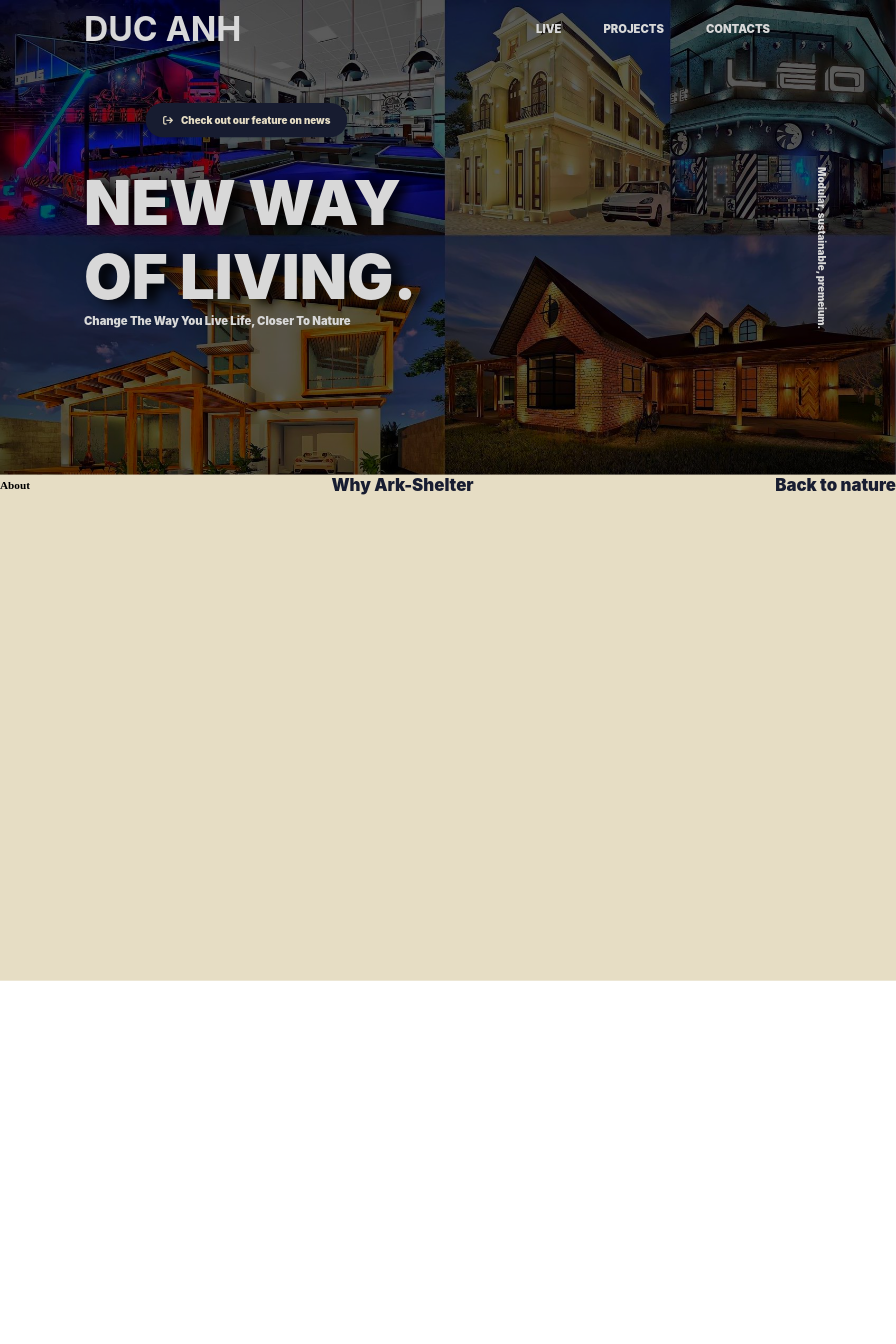
Repository: Ethanxcode/DucAnhNguyen
Page: index.html
The author's editor kept a copy of each file at every save. The page is drawn from the files as they stood at one save, then again after the next save.
The browser window is 1280 px wide. The pictures show the part of the page from y = 0 to 1920 px (the page is 10000 px tall), at 70% of full size.

Above is the page before, as saved 2023-01-14 01:40:07.

### index.html
<!DOCTYPE html>
<html lang="en">
	<head>
		<meta charset="UTF-8" />
		<meta http-equiv="X-UA-Compatible" content="IE=edge" />
		<meta name="viewport" content="width=device-width, initial-scale=1.0" />
		<link rel="stylesheet" href="./style.css" />
		<link
			rel="stylesheet"
			href="https://cdnjs.cloudflare.com/ajax/libs/font-awesome/6.2.1/css/all.min.css"
		/>
		<!-- <link rel="stylesheet" type="text/css" href="/css/fonts.css" /> -->
		<title>DucAnhNguyen</title>
	</head>
	<body>
		<div id="root">
			<section class="container bgimage header">
				<div
					class="bg-image-holder"
					style="
						background-image: url(./Assets/241194850_2108411145980762_7904081432669109629_n.jpg);
					"
				></div>
				<nav class="navigation content-above">
					<ul class="headerMenu">
						<li>
							<a href=""><h2 class="textLogo">Duc Anh</h2></a>
						</li>
						<li class="subHeaderMenu">
							<ul>
								<li>
									<a href="#" class="inter-black-iron-16px">Live</a>
								</li>
								<li>
									<a href="#" class="inter-black-iron-16px">Projects</a>
								</li>
								<li>
									<a href="#" class="inter-black-iron-16px">Contacts</a>
								</li>
							</ul>
						</li>
					</ul>
				</nav>
				<nav class="heroSubNavigation">
					<button class="btn inter-black-almod-16px" style="margin-left: 88px">
						<i class="icon-margin-8px fa-solid fa-arrow-right-from-bracket"></i>
						Check out our feature on news
					</button>
					<h1 class="heroTitle">
						New way <br />
						of living.
					</h1>
					<p class="inter-black-iron-16px" style="text-transform: capitalize">
						change the way you live life, closer to nature
					</p>
					<p class="childrenSubNav">Modular, sustainable, premeium.</p>
				</nav>
			</section>

			<section class="AboutSection content-above">
				<header class="HeaderSection">
					<ul class="HeaderSectionMenu">
						<li>
							<h4 class="inter-black-eerie-black-18x">About</h4>
						</li>
						<li>
							<h4 class="inter-black-eerie-black-24px">Why Ark-Shelter</h4>
						</li>
						<li>
							<h4 class="inter-black-eerie-black-24px">Back to nature</h4>
						</li>
					</ul>
				</header>
				<div class="row">
					<div class="flex-col-1 flex-col">
						<div class="g"></div>
					</div>
				</div>
			</section>
		</div>
	</body>
</html>

### style.css
* {
	padding: 0;
	margin: 0;
	box-sizing: border-box;
}

html {
	height: 10000px;
}

:root {
	--custom-color-one: rgb(32, 45, 99, 01);
	--custom-color-two: rgb(232, 198, 113);
	--black: rgba(0, 0, 0, 1);
	--mirage: rgba(23, 28, 48, 1);
	--eerie-black: rgba(24, 29, 49, 1);
	--tundora-2: rgba(67, 66, 66, 0.8);
	--tundora: rgba(67, 66, 66, 0.8);
	--pablo: rgba(120, 113, 108, 1);
	--iron: rgba(216, 216, 216, 1);
	--almod: rgba(230, 221, 196, 1);

	--font-size-xxs: 16px;
	--font-size-xs: 22px;
	--font-size-s: 24px;
	--font-size-m: 28px;
	--font-size-l: 32px;
	--font-size-xl: 36px;
	--font-size-xxl: 48px;
	--font-size-xxxl: 128px;

	--font-family-inter: 'Inter';
	--font-family-roboto: 'Roboto';
}

.root {
	max-width: 1920px;
	max-height: 10000px;
}

.col {
	float: left;
	padding-left: 8px;
	padding-right: 8px;
}

.col-third {
	width: 33.33333%;
}

.col-half {
	width: 50%;
}

.col-full {
	width: 100%;
}

.col-sm-12 {
	position: relative;
	width: 100%;
	padding-right: 15px;
	padding-left: 15px;
}

.mt-8 {
	margin-top: 8px;
}

.mt-16 {
	margin-top: 16px;
}

.mt-32 {
	margin-top: 32px;
}

.row {
	display: flex;
	flex-wrap: wrap;
	width: 100%;
	margin-right: -15px;
	margin-left: -15px;
}

.first-sub-row {
	width: 100%;
	/* padding: 0 15px; */
	margin: 0 auto;
	flex: wrap;
	display: flex;
}

.second-sub-row {
	width: 100% !important;
	/* padding: 0 15px; */
	margin: 0 auto;
	justify-content: space-between;
}

/* Classes */
.inter-black-iron-16px {
	color: var(--iron);
	font-family: var(--font-family-inter);
	font-size: var(--font-size-xxs);
	font-weight: 900;
	font-style: normal;
	text-transform: uppercase;
	user-select: none;
}

.inter-black-iron-24px {
	color: var(--iron);
	font-family: var(--font-family-inter);
	font-size: var(--font-size-s);
	font-weight: 900;
	font-style: normal;
	user-select: none;
}

.inter-black-eerie-black-24px {
	color: var(--eerie-black);
	font-family: var(--font-family-inter);
	font-size: var(--font-size-s);
	font-weight: 900;
	font-style: normal;
}
.inter-black-eerie-black-18px {
	color: var(--eerie-black);
	font-family: var(--font-family-inter);
	font-size: 22px;
	font-weight: 900;
	font-style: normal;
}

.inter-black-eerie-black-16px {
	color: var(--eerie-black);
	font-family: var(--font-family-inter);
	font-size: 16px;
	font-weight: 900;
	font-style: normal;
}

.inter-medium-black-24px {
	color: var(--black);
	font-family: var(--font-family-inter);
	font-size: var(--font-size-s);
	font-weight: 500;
	font-style: normal;
}

.inter-medium-black-32px {
	color: var(--black);
	font-family: var(--font-family-inter);
	font-size: var(--font-size-l);
	font-weight: 500;
	font-style: normal;
}

.inter-medium-tundora-28px {
	color: var(--tundora);
	font-family: var(--font-family-roboto);
	font-size: var(--font-size-m);
	font-weight: 500;
	font-style: normal;
}

.inter-medium-tundora-28px-2 {
	color: var(--tundora-2);
	font-family: var(--font-family-inter);
	font-size: var(--font-size-m);
	font-weight: 500;
	font-style: normal;
}

.inter-medium-tundora-28px-2 {
	color: var(--tundora);
	font-family: var(--font-family-inter);
	font-size: var(--font-size-m);
	font-weight: 500;
	font-style: normal;
}

.btn {
	text-decoration: none;
	padding: 16px 24px;
	margin: 0;
	background-color: var(--mirage);
	color: var(--almod);
	font-weight: 500;
	display: inline-block;
	box-shadow: 0 4px 30px rgb(0 0 0 / 10%);
	transition: 0.3s ease;
	border: none;
	/* position: relative; */
	text-align: center;
	border-radius: 100px;
	font-family: var(--font-family-inter);
	font-size: 14px;
	font-weight: 900;
	font-style: normal;
}
.icon-margin-8px {
	margin-right: 8px;
}
.btn:hover {
	background-color: rgba(11, 16, 41, 0.85);
	color: rgb(233, 200, 117);
	cursor: pointer;
}

.btn:hover:before {
	opacity: 0.07;
	visibility: visible;
}

.btn:hover {
	/* color: #212529; */
	text-decoration: none;
}

.btn--xs {
	line-height: 42px;
	padding: 0 19px;
	font-size: 15px;
	margin: 0px 8px;
}

.btn--news-xs {
	line-height: 36px;
	padding: 6px 20px;
	font-size: 15px;
}

.btn--news-xs > a {
	line-height: 36px;
	/* padding: 4px 16px; */
	font-size: 20px;
	color: #fff;
	font-weight: 400;
}

.news-btn {
	margin-top: 16px;
}

.btn-form--xs {
	line-height: 36px;
	padding: 0 19px;
	font-size: 15px;
}

.btn--lg,
.btn-lg {
	line-height: 55px;
	font-size: 16px;
	min-width: 195px;
}

.heroTitle {
	color: var(--iron);
	font-family: var(--font-family-inter);
	font-size: 88px;
	font-weight: 900;
	letter-spacing: 0;
	line-height: normal;
	margin-top: 40px;
	min-height: 150px;
	text-transform: uppercase;
	/* width: 752px; */
	text-shadow: 14px 4px 16px #000;
	user-select: none;
}

.textLogo {
	text-transform: uppercase;
	color: var(--iron);
	font-family: var(--font-family-inter);
	font-size: var(--font-size-xxl);
	font-weight: 900px;
	letter-spacing: 0;
	line-height: normal;
	/* min-height: 94px; */
	/* min-width: 334px; */
	user-select: none;
}

.container {
	width: 100%;
	padding-right: 120px;
	padding-left: 120px;
	margin-right: auto;
	margin-left: auto;
}

.content-above {
	position: relative;
	z-index: 2;
	user-select: none;
}

.bg-image-holder {
	position: absolute;
	height: 100%;
	width: 100%;
	top: 0;
	left: 0;
	background-size: cover;
	/* background-position: 50% 50% !important; */
	z-index: 0;
	filter: brightness(36%) contrast(100%) saturate(180%);
	box-shadow: inset 0px -36px 100px rgba(0, 0, 0, 0.25);
	-webkit-backdrop-filter: brightness(36%) contrast(100%) saturate(180%);
	/* scale: (5px); */
	/* -webkit-transition: opacity 0.3s linear; */
}

.navigation {
	margin-bottom: 64px;
}

.heroSubNavigation {
	width: 100%;
	position: relative;
}

/* .navigation .subNavigation {
	display: table;
	vertical-align: middle;
	text-align: center;
	width: 100%;
	height: 100%;
} */

.childrenSubNav {
	color: var(--iron);
	font-family: var(--font-family-inter);
	font-size: 14px;
	font-weight: 900;
	position: absolute;
	/* margin-bottom: 61px; */
	margin-right: -130px;
	/* min-height: 27px; */
	/* min-width: 360px; */
	transform: rotate(90deg);
	/* position: relative; */
	right: 0;
	top: 62%;
}

.hero-area .hero-content .content-wrapper {
	display: table-cell;
	vertical-align: middle;
}

.headerMenu {
	align-items: center;
	display: flex;
	justify-content: space-between;
}

.headerMenu > li {
	display: inline-block;
	/* padding: 12px 0; */
	/* margin-right: 30px; */
	list-style: none;
}

a {
	text-decoration: none;
}

li {
	list-style: none;
}

.subHeaderMenu > ul {
	flex-direction: row;
	display: flex;
}

.subHeaderMenu > ul > li {
	list-style: none;
	line-height: 34px;
	margin-right: 60px;
	padding: 24px 0;
}

subHeaderMenu > ul > li > a {
	/* gap: 0.5em; */
	text-decoration: none;
}

.subHeaderMenu > ul > li > a:hover {
	cursor: pointer;
	gap: 0.5em;
	color: var(--pablo);
	/* background-color: #fffd; */
	/* backdrop-filter: blur(10px) saturate(160%) contrast(180%); */
}

.header {
	height: 678px;
}

.AboutSection {
	background-color: var(--almod);
	height: 723px;
	/* position: relative; */
	width: 100%;
}

.section-margin-top {
	margin-top: 220px;
}

.bgimage:before {
	z-index: 1;
}

.AboutSection {
	/* display: flex; */
}

.HeaderSection {
}

.HeaderSectionMenu {
	align-items: center;
	display: flex;
	justify-content: space-between;
}

.HeaderSectionMenu > li {
}

After the next save:
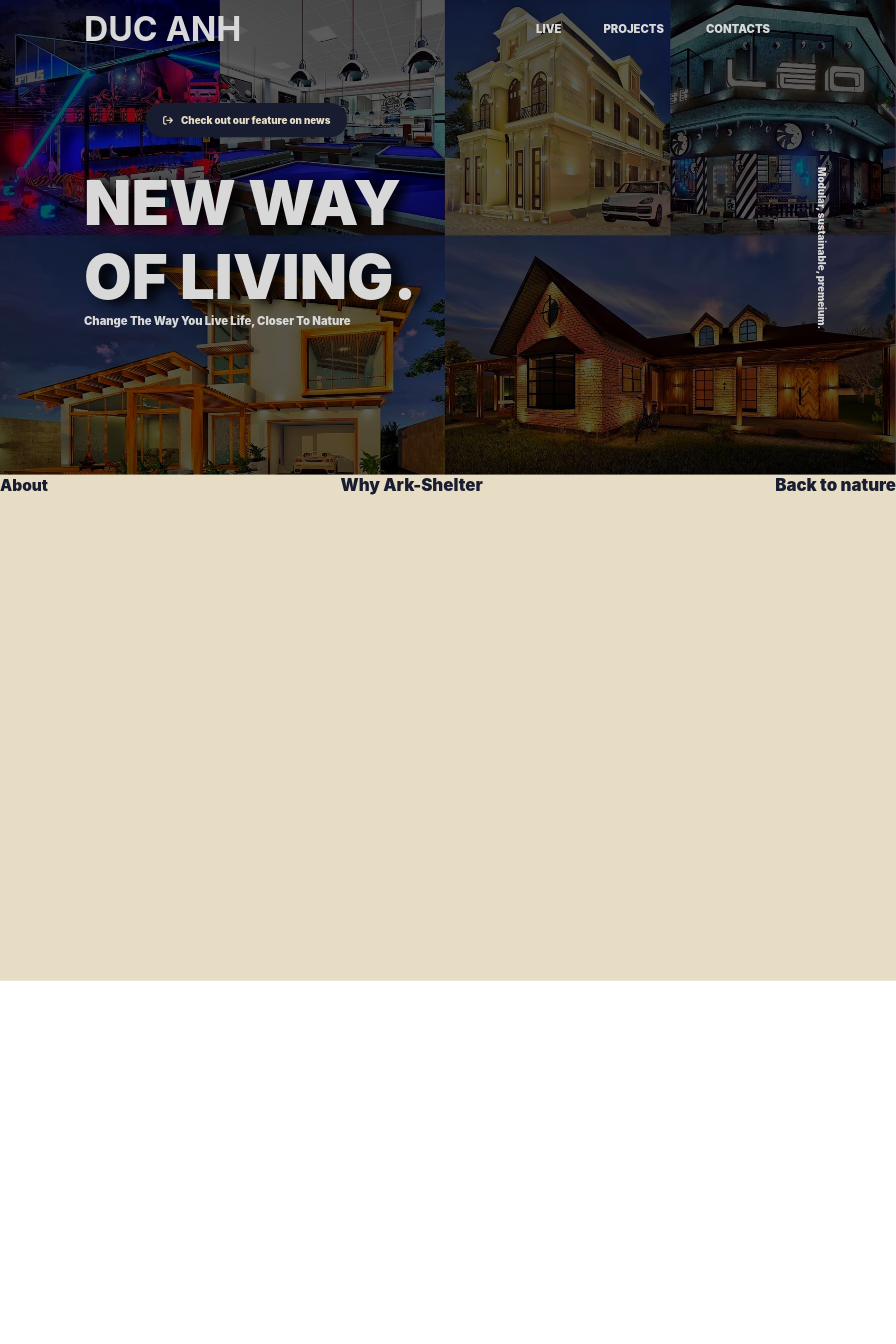
Saved 31 s later.
--- a/index.html
+++ b/index.html
@@ -61,7 +61,7 @@
 				<header class="HeaderSection">
 					<ul class="HeaderSectionMenu">
 						<li>
-							<h4 class="inter-black-eerie-black-18x">About</h4>
+							<h4 class="inter-black-eerie-black-18px">About</h4>
 						</li>
 						<li>
 							<h4 class="inter-black-eerie-black-24px">Why Ark-Shelter</h4>
